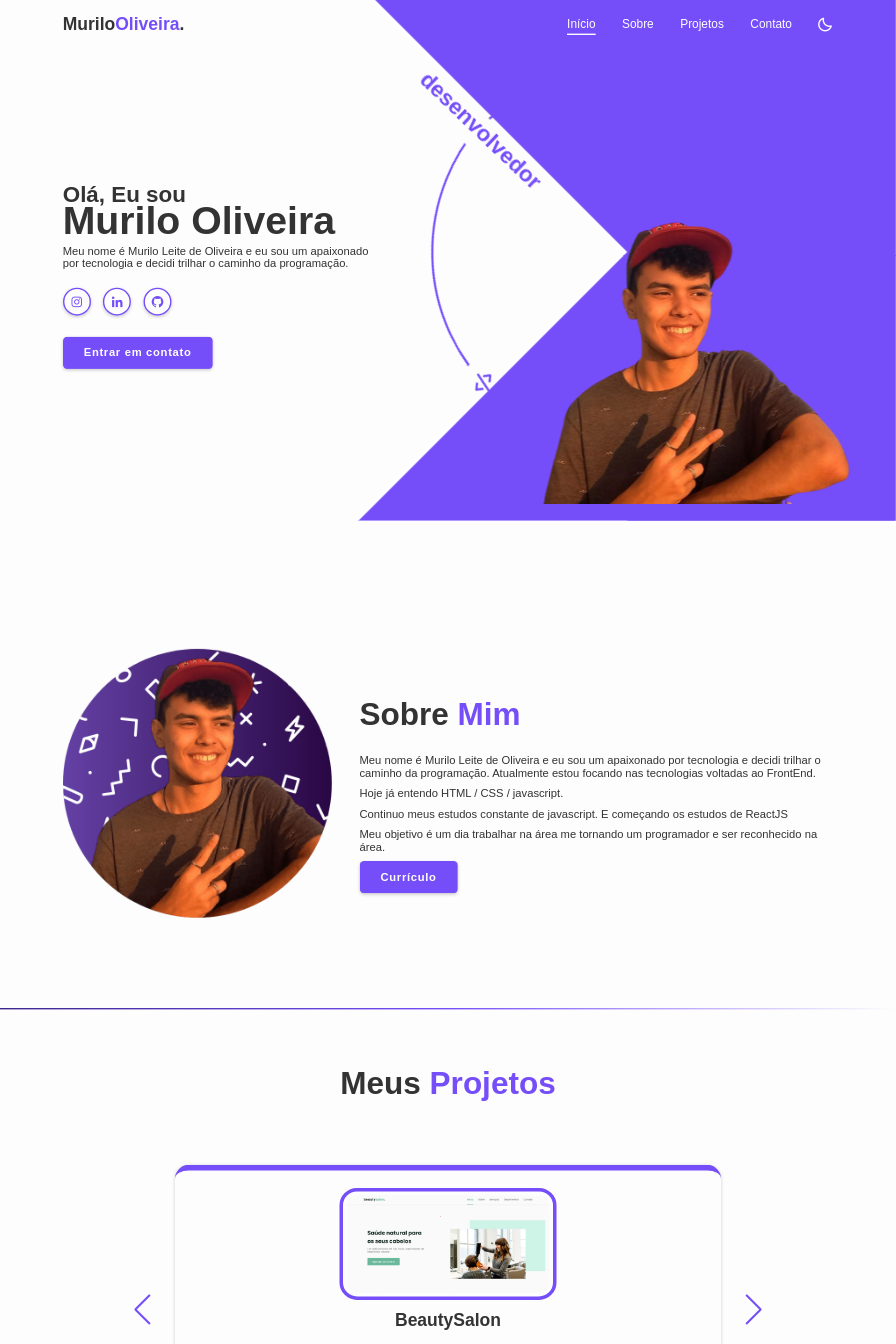
Repository: devMuriloOliveira/Portfolio-
Page: index.html
The author's editor kept a copy of each file at every save. The page is drawn from the files as they stood at one save, then again after the next save.
The browser window is 1280 px wide. The pictures show the part of the page from y = 0 to 1920 px (the page is 2943 px tall), at 70% of full size.

Above is the page before, as saved 2023-04-06 17:52:25.

### index.html
<!DOCTYPE html>
<html lang="en">
  <head>
    <meta charset="UTF-8" />
    <meta http-equiv="X-UA-Compatible" content="IE=edge" />
    <meta name="viewport" content="width=device-width, initial-scale=1.0" />
    <title>Murilo Oliveira</title>

    <!--swiper css-->
    <link
      rel="stylesheet"
      href="https://cdn.jsdelivr.net/npm/swiper@9/swiper-bundle.min.css"
    />

    <!--box icons-->
    <link
      href="https://unpkg.com/boxicons@2.1.4/css/boxicons.min.css"
      rel="stylesheet"
    />

    <!--font-->
    <link
      rel="stylesheet"
      href="https://fonts.googleapis.com/css2?family=Material+Symbols+Outlined:opsz,wght,FILL,GRAD@20..48,100..700,0..1,-50..200"
    />

    <!--css-->
    <link rel="stylesheet" href="style.css" />
  </head>
  <body>
    <header class="header">
      <a class="logo" href="#">Murilo<span>Oliveira</span>.</a>

      <nav class="navbar">
        <a href="#inicio" class="active">Início</a>
        <a href="#sobre">Sobre</a>
        <a href="#projetos">Projetos</a>
        <a href="#contato">Contato</a>
      </nav>

      <div class="bx bx bx-moon" id="darkMode-icon"></div>

      <div class="bx bx-menu" id="menu-icon"></div>

    </header>

    <!------------inicio------------>

    <section class="inicio" id="inicio">
      <div class="inicio-content">
        <h3>Olá, Eu sou</h3>
        <h1>Murilo Oliveira</h1>
        <p>
          Meu nome é Murilo Leite de Oliveira e eu sou um apaixonado por
          tecnologia e decidi trilhar o caminho da programação.
        </p>

        <div class="social-media">
          <a href="https://www.instagram.com/murilo__15/" target="_blank"><i class="bx bxl-instagram"></i></a>
          <a href="https://www.linkedin.com/in/murilo-oliveira-28ab52248/" target="_blank"><i class="bx bxl-linkedin" ></i></a>
          <a href="https://github.com/devMuriloOliveira" target="_blank"><i class="bx bxl-github"></i></a>
        </div>

        <a href="#contato" class="btn">Entrar em contato</a>
      </div>

      <div class="profession-container">
        <div class="profession-box">
          <div class="profession" style="--i: 0">
            <i class="bx bx-code-alt"></i>
            <h3>desenvolvedor</h3>
          </div>
          <div class="profession" style="--i: 1">
            <i class="bx bx-code-alt"></i>
            <h3>---Front-end---</h3>
          </div>
          <div class="profession" style="--i: 2">
            <i class="bx bx-code-alt"></i>
            <h3>desenvolvedor</h3>
          </div>
          <div class="profession" style="--i: 3">
            <i class="bx bx-code-alt"></i>
            <h3>---Front-end---</h3>
          </div>
          <div class="circle"></div>
        </div>

        <div class="overlay"></div>
      </div>

      <div class="inicio-img">
        <img src="assets/homem_sorrindo-removebg-preview.png" alt="" />
      </div>
    </section>

    <!------------sobre------------>


    <section class="sobre" id="sobre">
      <div class="sobre-img">
        <img src="/assets/profile-pic (4).png" alt="" />
      </div>

      <div class="sobre-content">
        <h2 class="heading">Sobre <span>Mim</span></h2>

        <p>
          Meu nome é Murilo Leite de Oliveira e eu sou um apaixonado por
          tecnologia e decidi trilhar o caminho da programação. Atualmente estou
          focando nas tecnologias voltadas ao FrontEnd.
        </p>
        <br />
        <p>Hoje já entendo HTML / CSS / javascript.</p>
        <br />
        <p>
          Continuo meus estudos constante de javascript. E começando os estudos
          de ReactJS
        </p>
        <br />
        <p>
          Meu objetivo é um dia trabalhar na área me tornando um programador e ser
          reconhecido na área.
        </p>
        <br />

        <a href="#" class="btn">Currículo</a>
      </div>
    </section>

    <!------------projetos------------>
    <div class="divider-2"></div>


    <section class="projetos" id="projetos">
      <h2 class="heading">Meus <span>Projetos</span></h2>

      <div class="projetos-wrapper">
        <div class="projetos-box mySwiper">
          <div class="projetos-content swiper-wrapper">
            <div class="projetos-slide swiper-slide">
              <img src="/assets/fotos-projetos/salon.jpg" alt="" />
              <h3>BeautySalon</h3>
              <p>
                Focado no front end, beautysalon é um site modelo flexível para
                ser usado para qualquer tipo de negócio, vai da necessidade do
                que você precisa vender.
              </p>
              <a
                class="btn"
                target="_blank"
                href="projetos/projeto-1.html"
                >Visualizar</a
              >
            </div>

            <div class="projetos-slide swiper-slide">
              <img src="/assets/fotos-projetos/doctor-care.jpg" alt="" />
              <h3>DoctorCare</h3>
              <p>
                Focado no front end, DoctorCare é um site modelo flexível para
                ser usado para qualquer tipo de negócio, vai da necessidade do
                que você precisa vender.
              </p>
              <a
                class="btn"
                target="_blank"
                href="https://devmurilooliveira.github.io/doctor-car/"
                >Visualizar</a
              >
            </div>

            <div class="projetos-slide swiper-slide">
              <img src="/assets/fotos-projetos/alura-plus.jpg" alt="" />
              <h3>Alura Plus</h3>
              <p>
                Focado nas práticas do HTML e CSS a Alura Plus é uma tela
                inicial de um serviço de cursos, pode ser usado como para
                qualquer tipo de site que seguem esse estilo.
              </p>
              <a
                class="btn"
                target="_blank"
                href="https://devmurilooliveira.github.io/Alura-Plus/"
                >Visualizar</a
              >
            </div>

            <div class="projetos-slide swiper-slide">
              <img src="/assets/fotos-projetos/alura-books.jpg" alt="" />
              <h3>Alura Books</h3>
              <p>
                Focado nas práticas do HTML e CSS a Alura Books é um site modelo
                que pode ser usado para vendas de livros, totalmente responsivos
                para qualquer tipo de tela.
              </p>
              <a
                class="btn"
                target="_blank"
                href="https://devmurilooliveira.github.io/Alura-Books/"
                >Visualizar</a
              >
            </div>

            <div class="projetos-slide swiper-slide">
              <img src="/assets/fotos-projetos/hzc.jpg" alt="" />
              <h3>HZC</h3>
              <p>
                Focado nas práticas do HTML e CSS o HZC é uma tela inicial de um
                site de videos que pode ser usado como base para qualquer
                tipo de site, responsivo para mobile e desktop.
              </p>
              <a
                class="btn"
                target="_blank"
                href="https://devmurilooliveira.github.io/HZC/"
                >Visualizar</a
              >
            </div>

            <div class="projetos-slide swiper-slide">
              <img src="/assets/fotos-projetos/alura-mid.jpg" alt="" />
              <h3>Alura Mid</h3>
              <p>
                Focado nas práticas do javascript O Alura Midi é um instrumento
                musical de interface digital, onde a cada botão vamos reproduzir
                o som de um instrumento.
              </p>
              <a
                class="btn"
                target="_blank"
                href="https://alura-mid-eta.vercel.app/"
                >Visualizar</a
              >
            </div>

            <div class="projetos-slide swiper-slide">
              <img src="/assets/fotos-projetos/mochila-de-viagem.jpg" alt="" />
              <h3>Mochila de Viagem</h3>
              <p>
                Focado nas práticas do javascript o Mochila de Viagem é uma
                lista de itens, onde eu vou registrando tudo que eu não posso
                esquecer e na hora de montar a minha mochila estar tudo ali
                salvo.
              </p>
              <a
                class="btn"
                target="_blank"
                href="https://devmurilooliveira.github.io/Mochila-de-viagem/"
                >Visualizar</a
              >
            </div>

            <div class="projetos-slide swiper-slide">
              <img src="/assets/fotos-projetos/numero-secreto.jpg" alt="" />
              <h3>Numero Secreto</h3>
              <p>
                Focado nas práticas do javascript o Numero Secreto é um jogo
                onde você tem que adivinhar um numero aleatório entre 0 e 1000.
              </p>
              <a
                class="btn"
                target="_blank"
                href="https://jogo-numero-secreto-beige-rho.vercel.app/"
                >Visualizar</a
              >
            </div>

            <div class="projetos-slide swiper-slide">
              <img src="/assets/fotos-projetos/Organo.jpg" alt="" />
              <h3>Organo</h3>
              <p>
                Focado nas práticas do react js o organo é um sistema de cadastro, usado para separar times de diversas tecnologias!
              </p>
              <a
                class="btn"
                target="_blank"
                href="https://organo-gold-ten.vercel.app/"
                >Visualizar</a
              >
            </div>



            <div class="projetos-slide swiper-slide">
              <img src="/assets/fotos-projetos/Alura Space.jpg" alt="" />
              <h3>Alura Space</h3>
              <p>
                Focado nas práticas do react js a Alura Space é uma galeria de fotos com funcionalidades de filtragem de imagens.
              </p>
              <a
                class="btn"
                target="_blank"
                href="https://alura-space-nu-ecru.vercel.app/"
                >Visualizar</a
              >
            </div>

            <div class="projetos-slide swiper-slide">
              <img src="/assets/fotos-projetos/Cine-Tag.jpg" alt="" />
              <h3>Cine Tag</h3>
              <p>
                Focado nas práticas do react js o Cine Tag é uma plataforma de filmes que possibilita a ação de favoritar e também de assistir o filme.
              </p>
              <a
                class="btn"
                target="_blank"
                href="https://cinetag-tawny.vercel.app/"
                >Visualizar</a
              >
            </div>
          </div>

          <div class="swiper-button-next"></div>
          <div class="swiper-button-prev"></div>
          <div class="swiper-pagination"></div>
        </div>
      </div>
    </section>

    <!---------------------------contato---------------------------------->
    <div class="divider-1"></div>


    <section class="contato" id="contato">
      <h2 class="heading">Entre em  <span>contato</span></h2>
      <div class="contato-container">
        <div class="text">
          <p>PRECISA DE UM SITE?</p>
          <h2 class="title">Vamos trabalhar juntos</h2>
          <a
            href="https://api.whatsapp.com/send?phone=+5519971549006&text=Oi"
            class="btn"
            target="_blank"
            ><i class='bx bxl-whatsapp' ></i></i> Entrar em contato</a
          >
        </div>

        <div class="links">
          <ul class="grid">
            <li><i class='bx bx-phone'></i></i> (19) 97154-9006</li>
            <li><i class='bx bx-envelope' ></i></i> muriloleiteoliveira1@gmail.com</li>
          </ul>
        </div>

      </div>
    </section>

    <!--------------------------------footer----------------------------------->

    <footer class="footer">
      <div class="footer-text">
        <p>Copyright &copy; 2023 Murilo Oliveira. | Todos os direitos reservados.</p>
      </div>

      <div class="footer-iconTop">
        <a href="#"><i class='bx bx-up-arrow-alt'></i></a>
      </div>
    </footer>

    <!--scroll reveal-->
    <script src="https://unpkg.com/scrollreveal"></script>

    <!--swiper js-->
    <script src="https://cdn.jsdelivr.net/npm/swiper@9/swiper-bundle.min.js"></script>

    <!--main js-->
    <script src="/main.js"></script>
  </body>
</html>

Loaded but not shown: main.js (87 lines, source omitted); style.css (796 lines, source omitted)

After the next save:
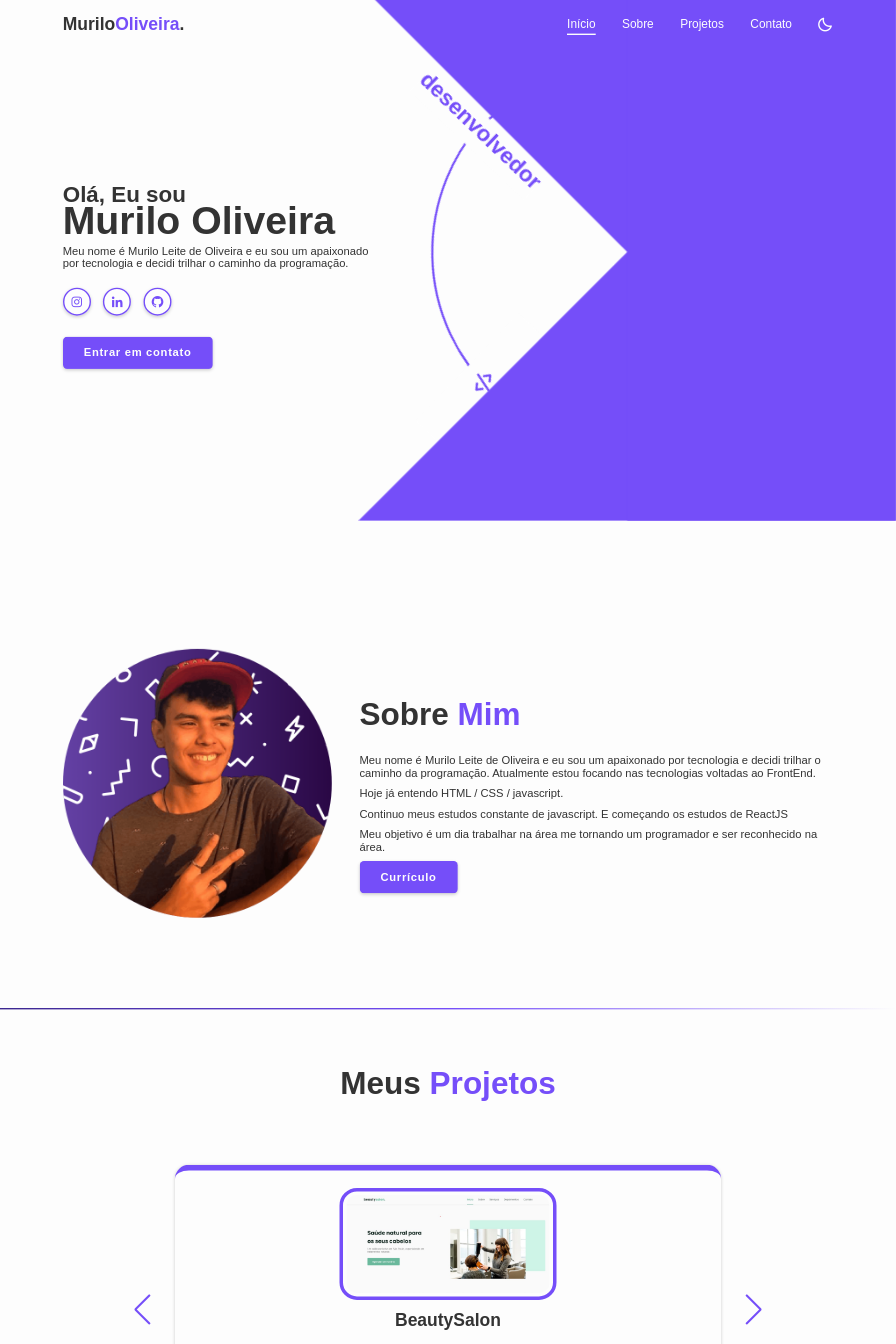
Saved 6 min 59 s later.
--- a/index.html
+++ b/index.html
@@ -89,7 +89,7 @@
       </div>
 
       <div class="inicio-img">
-        <img src="assets/homem_sorrindo-removebg-preview.png" alt="" />
+        <img src="" alt="" />
       </div>
     </section>
 
